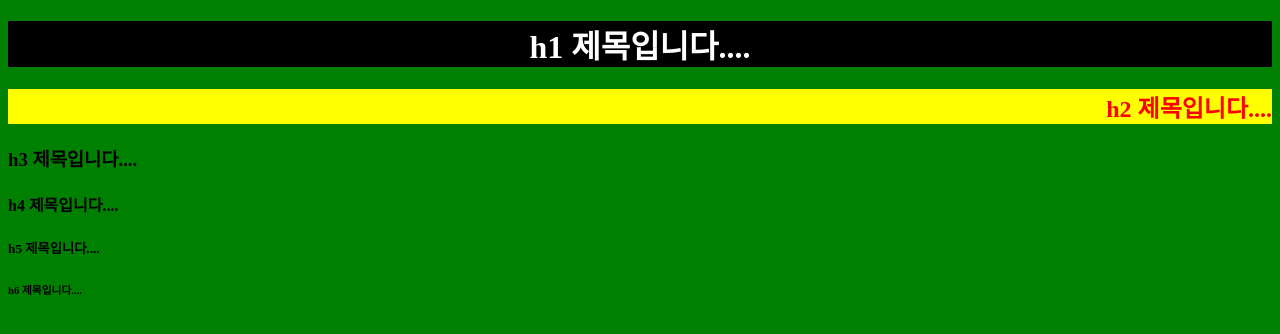
Repository: kmg8138/html
Page: 2020.04.06/ex0406/WebContent/ex01.html
The author's editor kept a copy of each file at every save. The page is drawn from the files as they stood at one save, then again after the next save.
The browser window is 1280 px wide. The pictures show the whole page.

Above is the page before, as saved 2020-04-06 01:01:31.

After the next save:
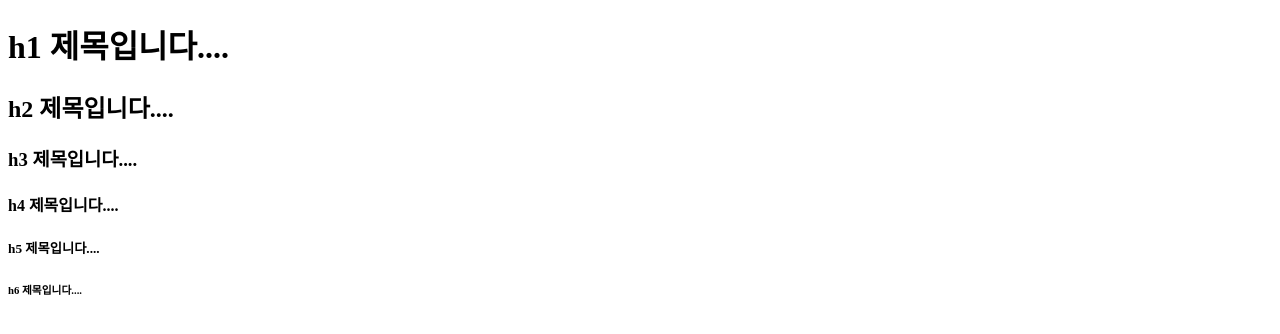
Saved 9 s later.
--- a/2020.04.06/ex0406/WebContent/ex01.html
+++ b/2020.04.06/ex0406/WebContent/ex01.html
@@ -4,16 +4,7 @@
 	<meta charset="UTF-8">
 	<title>연습 1</title>
 	<style>
-		/*style 주석*/
-		h1 {color:white;
-		background:black;
-		text-align: center;}
 
-		h2{color:red;
-		background:yellow;
-		text-align: right;}
-
-		body{background: green;}
 	</style>
 
 	<script>

After the save that followed:
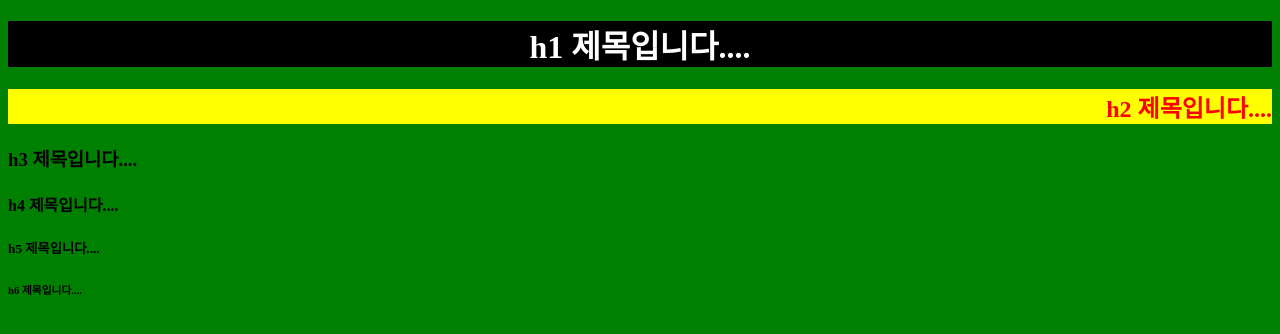
Saved 79 s later.
--- a/2020.04.06/ex0406/WebContent/ex01.html
+++ b/2020.04.06/ex0406/WebContent/ex01.html
@@ -3,10 +3,7 @@
 <head>
 	<meta charset="UTF-8">
 	<title>연습 1</title>
-	<style>
-
-	</style>
-
+<link rel="stylesheet" href="home.css"/>
 	<script>
 		//1~100까지의 합계 javascript 주석
 		sum=0;
